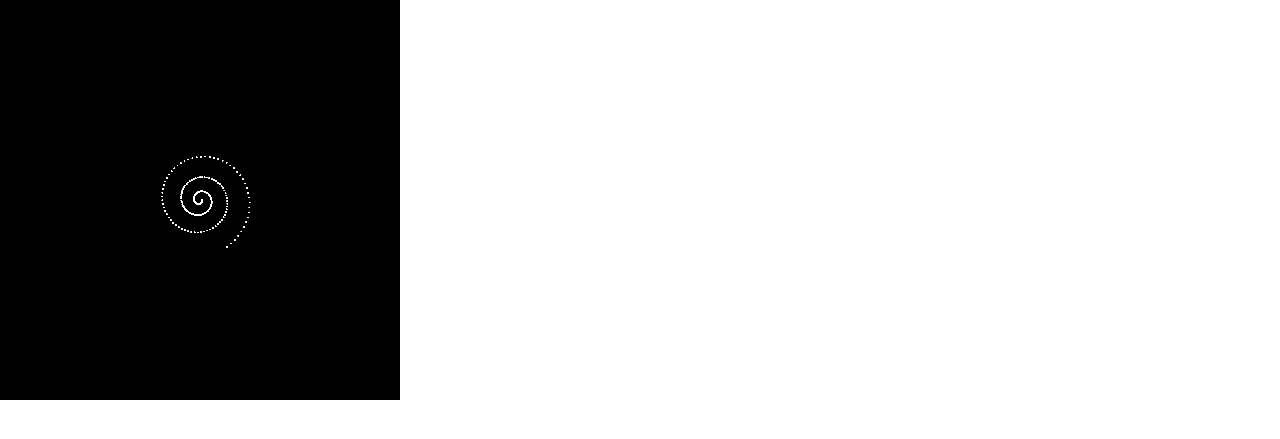
Repository: patriciqa/GenComp
Page: content/day03/clock/index.html
These files come from the project's save history. The page is drawn as it stood at one moment and after the next save; the edit follows.
The browser window is 1280 px wide. The pictures show the whole page.

Above is the page before, as saved 2021-10-01 10:44:55.

After the next save:
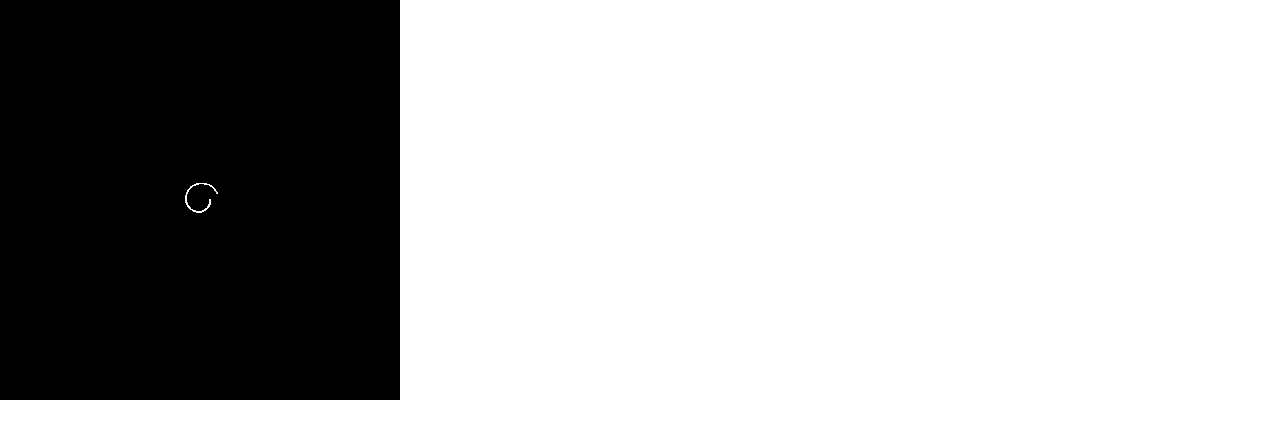
Saved 9 s later.
--- a/content/day03/clock/sketch.js
+++ b/content/day03/clock/sketch.js
@@ -12,7 +12,7 @@ function draw() {
     now.getHours(),
   ];
 
-  spiraleLogarithmic(2, 1, 200);
+  spiraleLogarithmic(10, 1, 60);
 }
 
 function spiraleLogarithmic(radius, distance, size) {
